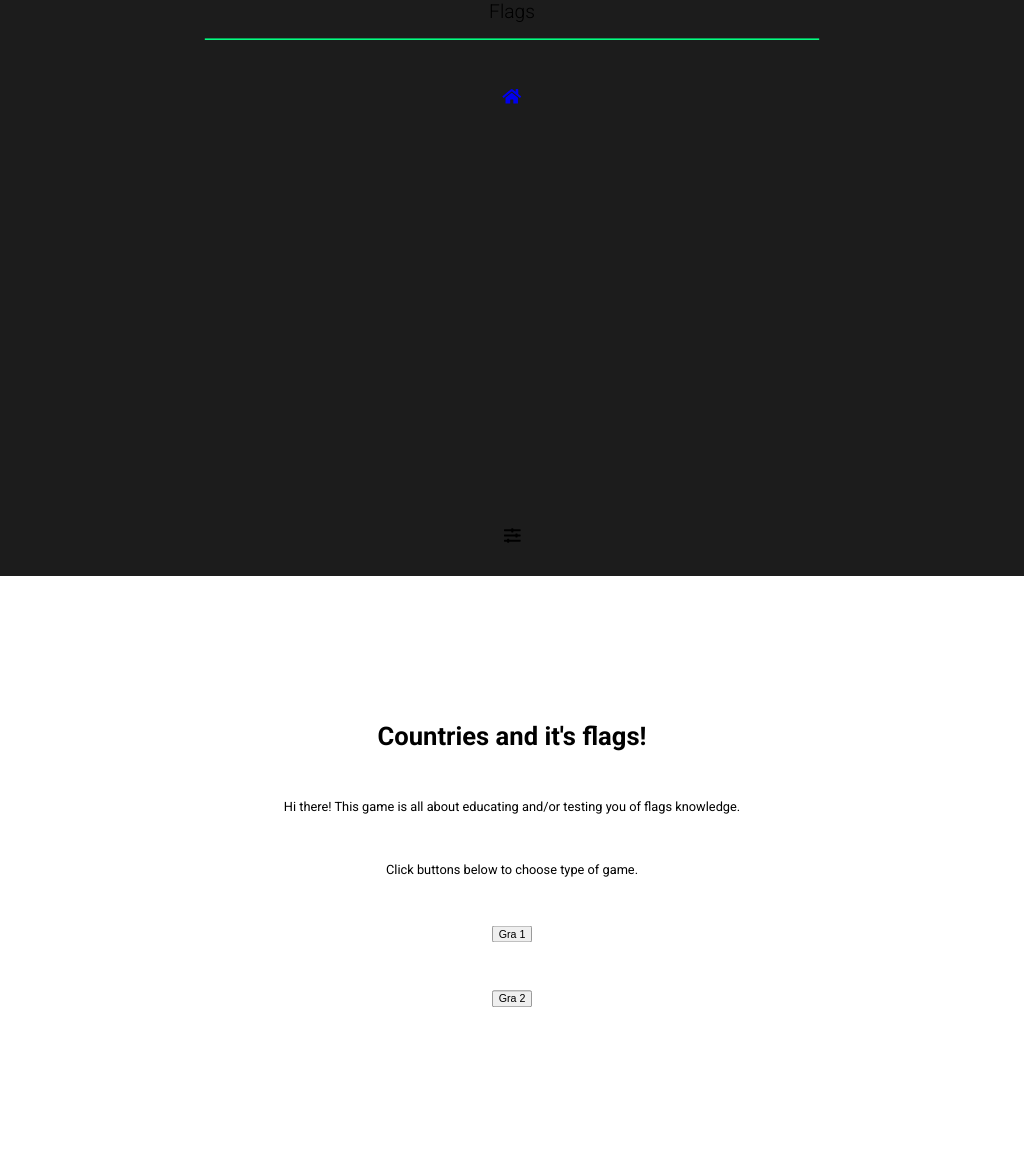
Repository: RXBVK/Flags
Page: /
An editor plug-in stored every save of this project. The page is shown before and after the next save, followed by the edit.
The browser window is 1280 px wide. The pictures show the whole page, at 80% of full size.
The project was rebuilt for these pictures with package versions that can differ from the ones it lists, and the page was loaded fresh each time.

Above is the page before, as saved 2021-06-29 16:24:28.

After the next save:
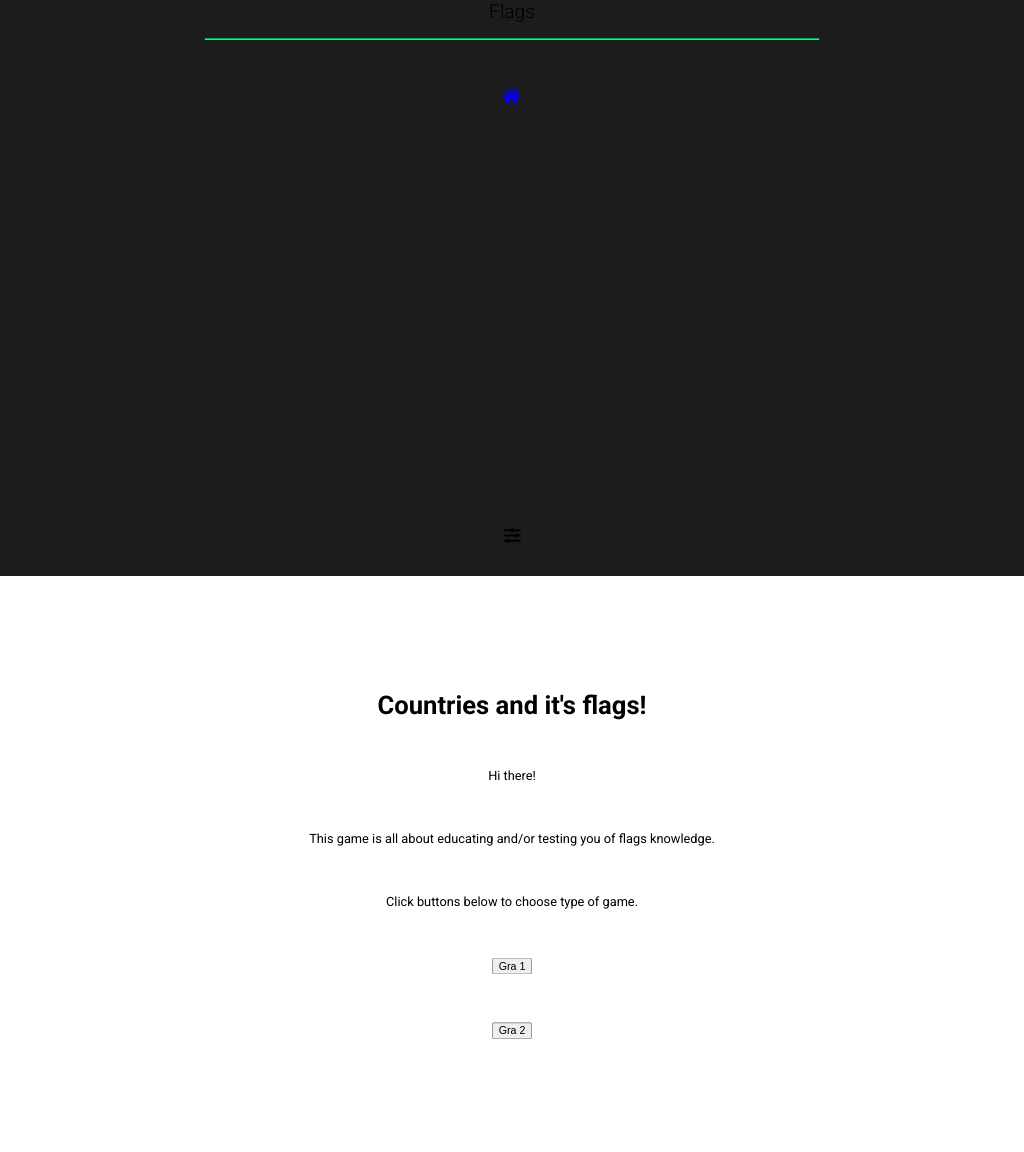
Saved 15 s later.
--- a/src/components/Home/Home.js
+++ b/src/components/Home/Home.js
@@ -4,9 +4,9 @@ export default function Home() {
   return (
     <div className="container">
       <h1>Countries and it's flags!</h1>
+      <p>Hi there!</p>
       <p>
-        Hi there! This game is all about educating and/or testing you of flags
-        knowledge.
+        This game is all about educating and/or testing you of flags knowledge.
       </p>
       <p>Click buttons below to choose type of game.</p>
       <button>Gra 1</button>
